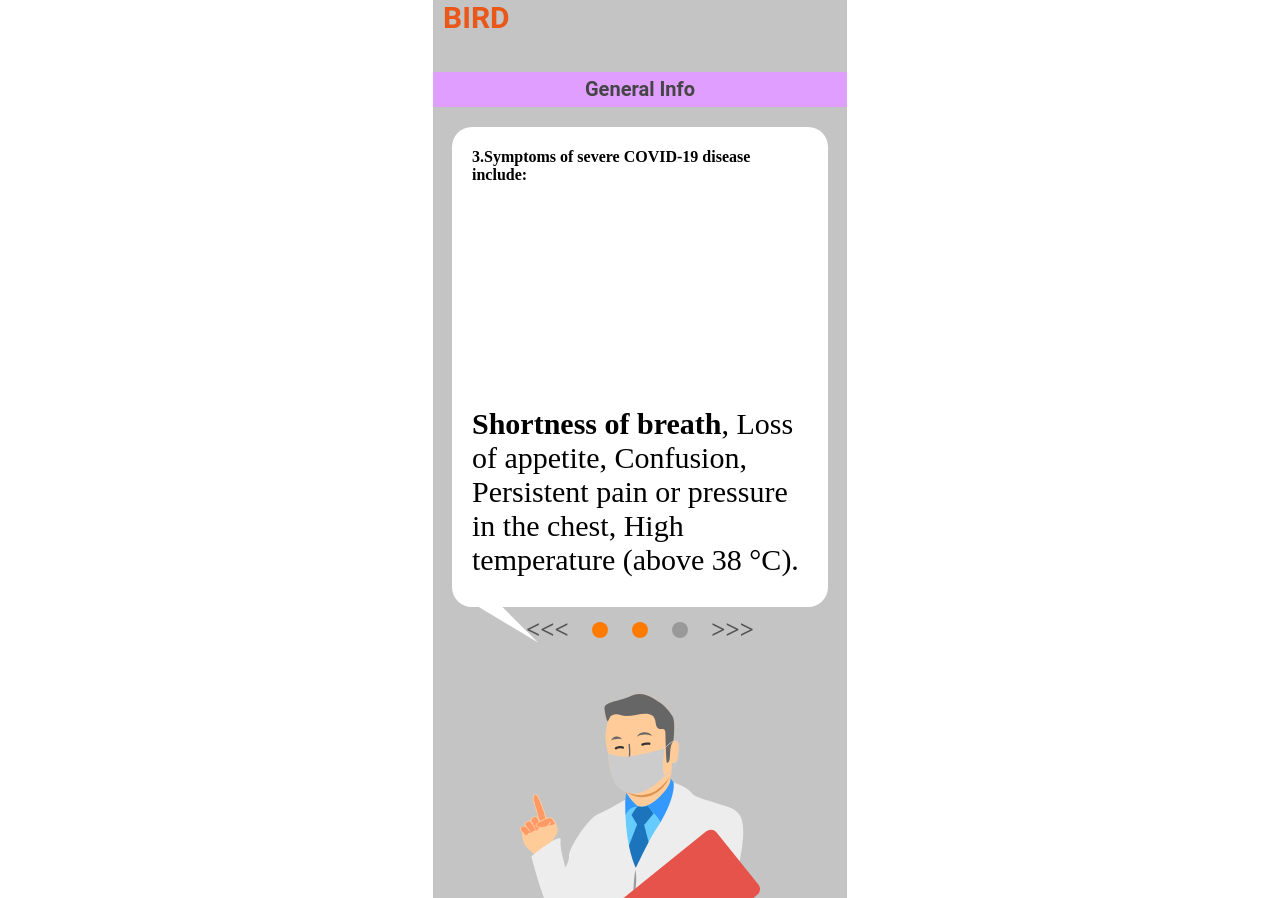
Repository: Levic559/BIRD
Page: General_info-3/1.html
These files come from the project's save history. The page is drawn as it stood at one moment and after the next save; the edit follows.
The browser window is 1280 px wide. The pictures show the whole page.

Above is the page before, as saved 2021-03-11 01:09:59.

### General_info-3/1.html
<!DOCTYPE html>
<html lang="en">
<head>
  <meta charset="UTF-8">
  <meta http-equiv="X-UA-Compatible" content="IE=edge">
  <meta name="viewport" content="width=device-width, initial-scale=1.0">
  <title>General Info 3-1</title>
  <link rel="stylesheet" href="../General_info_structure/mystyle.css">
</head>
<body>
  <div class="wrap">
    <div class="pages">
      <div class="header"></div>
      <div class="banner"></div>
      <div class="infographic">
        <h4 class="infographicQ">3.Symptoms of severe COVID‐19 disease include:

        </h4>
        <p class="infographicText"><b>Shortness of breath</b>,
          Loss of appetite,
          Confusion,
          Persistent pain or pressure in the chest,
          High temperature (above 38 °C).
        </p>
        <div class="infographicImg">
          <img src="">
        </div>
      </div>
      <div class="triangle">
        <img src="../assets/chat-triangle.svg" class="triangleimg">
      </div>
      <div class="BtnPages"></div>
      <div class="Speaker">
        <img src="../assets/doctor-hand.svg" onmouseover="HandleDoctorOn()"
        onmouseout="HandleDoctorOut()" class="doctor">
      </div>
    </div>
</div>
</body>
<script src="../comps/Logo/index.js"></script>
<script src="../comps/Banner/index.js"></script>
<script src="../comps/BtnPages/index.js"></script>
<script src="1.js"></script>
<script>
      function HandleDoctorOn ()
  {
    document.querySelector(".doctor").src ="../assets/doctor.svg"
    document.querySelector(".doctor").style.width = "100%"
    document.querySelector(".doctor").style.height = "100%"
  }
  function HandleDoctorOut ()
  {
    document.querySelector(".doctor").src ="../assets/doctor-hand.svg"
    document.querySelector(".doctor").style.width = ""
    document.querySelector(".doctor").style.height = ""

  }
</script>
</html>

### General_info_structure/mystyle.css
body {
  margin: 0;
  padding: 0;
}

.wrap{
  width: 100vw;
  height: 100vh;
  box-sizing: border-box;
  position: relative;
  display: flex;
  flex-direction: row;
}
.pages{
  margin: 0 auto;
  width: 414px;
  height: 898px;
  display: flex;
  flex-direction: column;
  background-color: #C4C4C4;
  overflow: hidden;
}
.header{
  width: 414px;
  height: 85px;
  padding-left: 10px;
}
.banner{
  width: 414px;
  height: 35px;
  margin: 0 ;
  padding: 0;
}
.bgcWhite{
  background-color: #fff;
}

.infographic {
  width: 376px;
  min-height: 480px;
  max-height: 480px;
  margin-top: 20px;
  background-color: white;
  border-radius: 20px;
  align-self: center;
  display: flex;
  flex-direction: column;
  align-items: center;
  justify-content: space-between;
}

.triangle {
  width: 70px;
  height: 70px;
  overflow: hidden;
  position: relative;
  left: 35px;
  bottom: 15px;
}

.triangleimg {
  width: 100%;
  height: 100%;
}

.BtnPages {
  align-self: center;
  position: relative;
  bottom: 50px;
}

.Speaker {
  width: 240px;
  height: 240px;
  overflow: hidden;
  align-self: center;
}
.head{
  color: #C4C4C4;
  position: absolute;
  margin-right: 170px;
  margin-top: 230px;

}
.head2{
  color: #C4C4C4;
  position: absolute;
  margin-right: 180px;
  margin-top: 430px;

}

.infographicImg{

  width: 300px;
  height: 200px;
  overflow: hidden;
  position: absolute;
  margin-top: 250px;
}
.infographicImg2{
  width: 35px;
  height: 35px;
  position: absolute;
  margin-top: 280px;
  margin-right: 255px;
  overflow: hidden;
}
.infographicImg3{
  width: 75px;
  height: 75px;
  position: absolute;
  margin-top: 300px;
  margin-right: 150px;
  overflow: hidden;
}
.infographicImg4{
  width: 30px;
  height: 30px;
  position: absolute;
  margin-top: 270px;
  margin-right: 60px;
  overflow: hidden;
}
.infographicImg5{
  width: 35px;
  height: 35px;
  position: absolute;
  margin-top: 360px;
  margin-right: 110px;
  overflow: hidden;
}
.infographicImg6{
  width: 75px;
  height: 75px;
  position: absolute;
  margin-top: 300px;
  margin-right: 200px;
  overflow: hidden;
}
.infographicImg7{
  width: 30px;
  height: 30px;
  position: absolute;
  margin-top: 250px;
  margin-right: 49px;
  overflow: hidden;
}
.infographicImg8{
  width: 250px;
  height: 250px;
  position: absolute;
  margin-top: 250px;
  margin-right: 10px;
  overflow: hidden;
}
.infographicImg9{
  width: 250px;
  height: 250px;
  position: absolute;
  margin-top: 243px;
  margin-right: 10px;
  overflow: hidden;
}
.infographicImg10{
  width: 250px;
  height: 250px;
  position: absolute;
  margin-top: 267px;
  margin-right: 10px;
  overflow: hidden;
}


.infographicQ {
  padding-left: 20px;
  padding-right: 20px;
}

.infographicText {
  font-size: 30px;
  padding-left: 20px;
  padding-right: 20px;
}
.infographicText1{
  font-size: 15px;
  display: flex;
  position: absolute;
  margin-top: 100px;
  margin-right: 150px;
}

### comps/Logo/index.js
function LogoUI(fontSize="84",fontWeight="700", Scolor="grey"){
  return`
  <div style="
  font-size:${fontSize}px;
  font-weight:${fontWeight};
  font-family: Roboto;
  position:absolute;
  color:#E95719;
  text-shadow:3px 3px 3px ${Scolor} ;
  transition: opactity 0.3s; left 0.5s;
  opacity:1;
  onmouseover="LogoUI.HandleMouseover(this)";
  onmouseout="LogoUI.HandleMouseout(this)";
  onclick="LogoUI.Handleclick(this)";
  >BIRD</div>

  `
}

LogoUI.HandleMouseover = (el) =>{
  el.style.opacity = 0.75;
}

LogoUI.HandleMouseout = (el) =>{
  el.style.opacity = 1;
}

LogoUI.Handleclick = (el) =>{
  el.style.top = "-20px";
  el.style.fontSize="550%";
}

// export  const Logo = LogoUI();

### comps/Banner/index.js
function BannerUI(text="Covid-19"){
  return`
  <div style="
  width:414px;
  height:35px;
  font-size:20px;
  line-height: 35px;
  text-align: center;
  font-weight:700;
  font-family: Roboto;
  background-color:#E09EFF;
  color:#454545;
  ">${text}</div>

  `
}

// export  const Banner = BannerUI();

### comps/BtnPages/index.js
function BtnPagesUI (circleTwo="#9A9999", circleThree="#9A9999", lastPage="../General_info_structure/General_info-1.html", nextPage="../General_info_structure/General_info-1.html")
{
    return`
        <div style="
            display: flex;
            flex-direction: row;
            max-width: 228px;
            min-width: 228px;
            justify-content: space-between;
            align-items: center;
        ">
            <div style="
                font-size: 25px;
                font-weight: bold;
                color: #545454;
                transition: text-shadow 0.3s;
            "
            onmouseover='BtnPagesUI.HandleMouseOver1(this)'
            onmouseout='BtnPagesUI.HandleMouseOut1(this)'
            onclick='window.location.href="${lastPage}"'
            > <<< </div>

            <div style="
                width: 16px;
                height: 16px;
                border-radius: 50%;
                background-color: #FF7A00;
                transition: border 0.3s;
            "
            onmouseover='BtnPagesUI.HandleMouseOver2(this)'
            onmouseout='BtnPagesUI.HandleMouseOut2(this)'
            onclick='window.location.href="../General_info-1/1.html"'
            ></div>
            <div style="
                width: 16px;
                height: 16px;
                border-radius: 50%;
                background-color: ${circleTwo};
                transition: border 0.3s;
            "
            onmouseover='BtnPagesUI.HandleMouseOver2(this)'
            onmouseout='BtnPagesUI.HandleMouseOut2(this)'
            onclick='window.location.href="../General_info-3/1.html"'
            ></div>
            <div style="
                width: 16px;
                height: 16px;
                border-radius: 50%;
                background-color: ${circleThree};
                transition: border 0.3s;
            "
            onmouseover='BtnPagesUI.HandleMouseOver2(this)'
            onmouseout='BtnPagesUI.HandleMouseOut2(this)'
            onclick='window.location.href="../General_info-5/1.html"'
            ></div>

            <div style ="
                font-size: 25px;
                font-weight: bold;
                color: #545454;
                transition: text-shadow 0.3s;
            "
            onmouseover='BtnPagesUI.HandleMouseOver1(this)'
            onmouseout='BtnPagesUI.HandleMouseOut1(this)'
            onclick='window.location.href="${nextPage}"'
            > >>> </div>
        </div>
    `
}

BtnPagesUI.HandleMouseOver1 = (el) => {
    el.style.textShadow = "0px 0px 3px black"
}

BtnPagesUI.HandleMouseOut1 = (el) => {
    el.style.textShadow = "0px 0px 0px #545454"
}

BtnPagesUI.HandleMouseOver2 = (el) => {
    el.style.border = " 2px solid #545454"
}
BtnPagesUI.HandleMouseOut2 = (el) => {
    el.style.border = " 0px solid #545454"
}



//export const BtnPages = BtnPagesUI()

### General_info-3/1.js
document.querySelector(".header").innerHTML += LogoUI(30,700, "#C4C4C4");
document.querySelector(".banner").innerHTML += BannerUI("General Info");
document.querySelector(".BtnPages").innerHTML += BtnPagesUI("#FF7A00", "#9A9999");

After the next save:
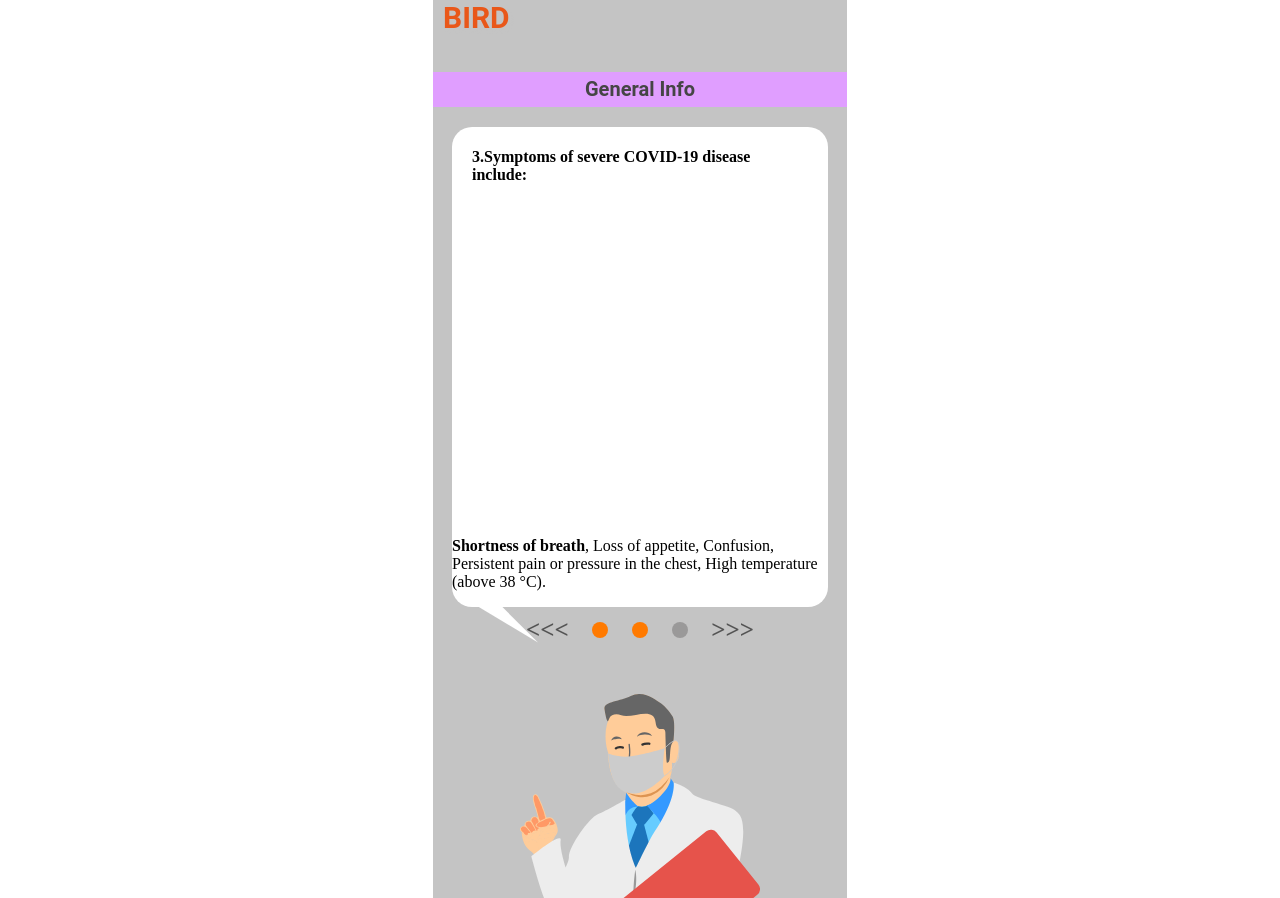
Saved 20 s later.
--- a/General_info-3/1.html
+++ b/General_info-3/1.html
@@ -16,7 +16,7 @@
         <h4 class="infographicQ">3.Symptoms of severe COVID‐19 disease include:
 
         </h4>
-        <p class="infographicText"><b>Shortness of breath</b>,
+        <p class="infographicText2"><b>Shortness of breath</b>,
           Loss of appetite,
           Confusion,
           Persistent pain or pressure in the chest,
